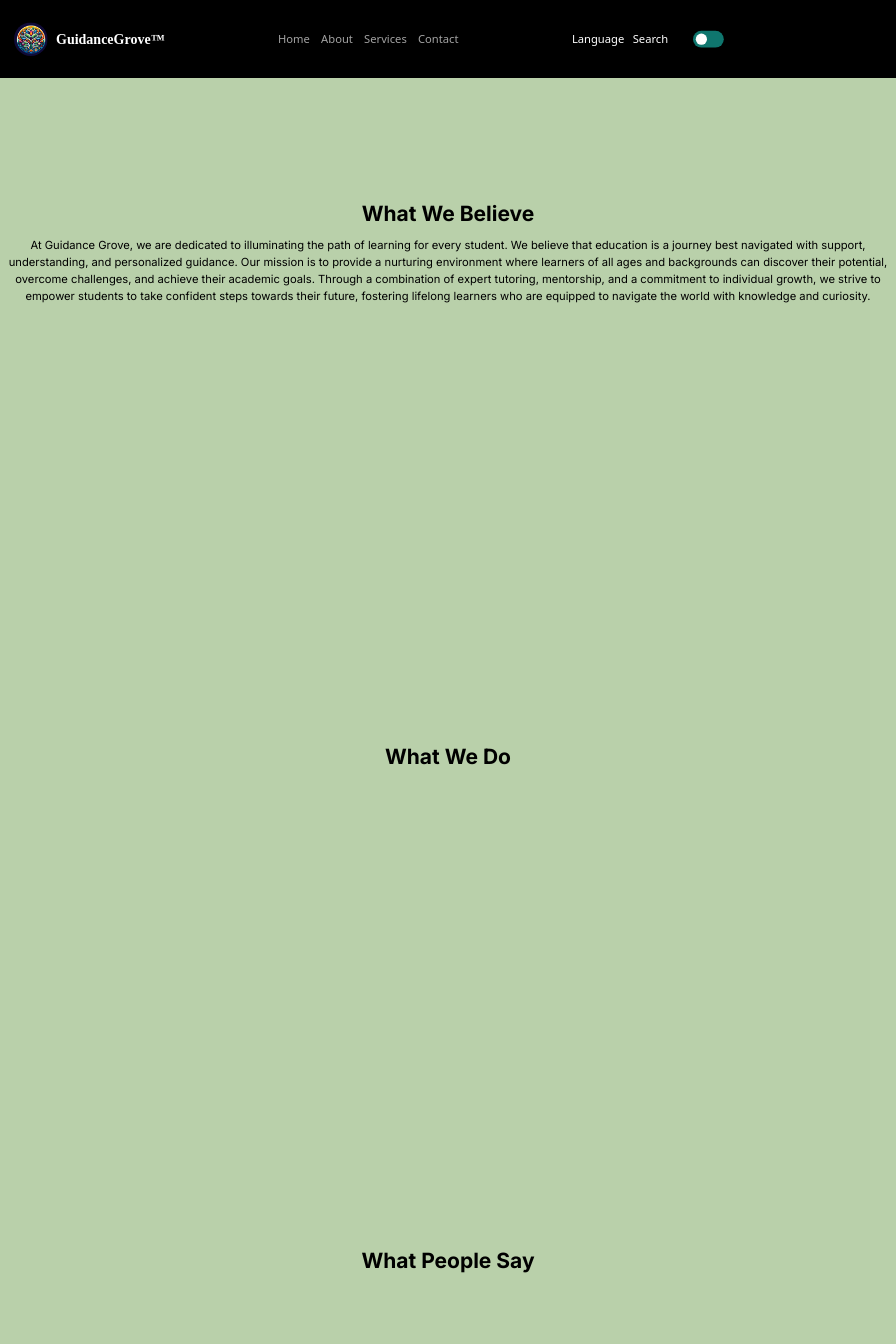
Repository: PositiveGuy/GuidanceGrove
Page: /
An editor plug-in stored every save of this project. The page is shown before and after the next save, followed by the edit.
The browser window is 1280 px wide. The pictures show the part of the page from y = 0 to 1920 px (the page is 3874 px tall), at 70% of full size.
The project was rebuilt for these pictures with package versions that can differ from the ones it lists, and the page was loaded fresh each time. The framework's server and built-in components were replaced by stand-ins that run in the browser. Also part of the build but not shown: next.config.js.

Above is the page before, as saved 2023-12-28 12:17:40.

After the next save:
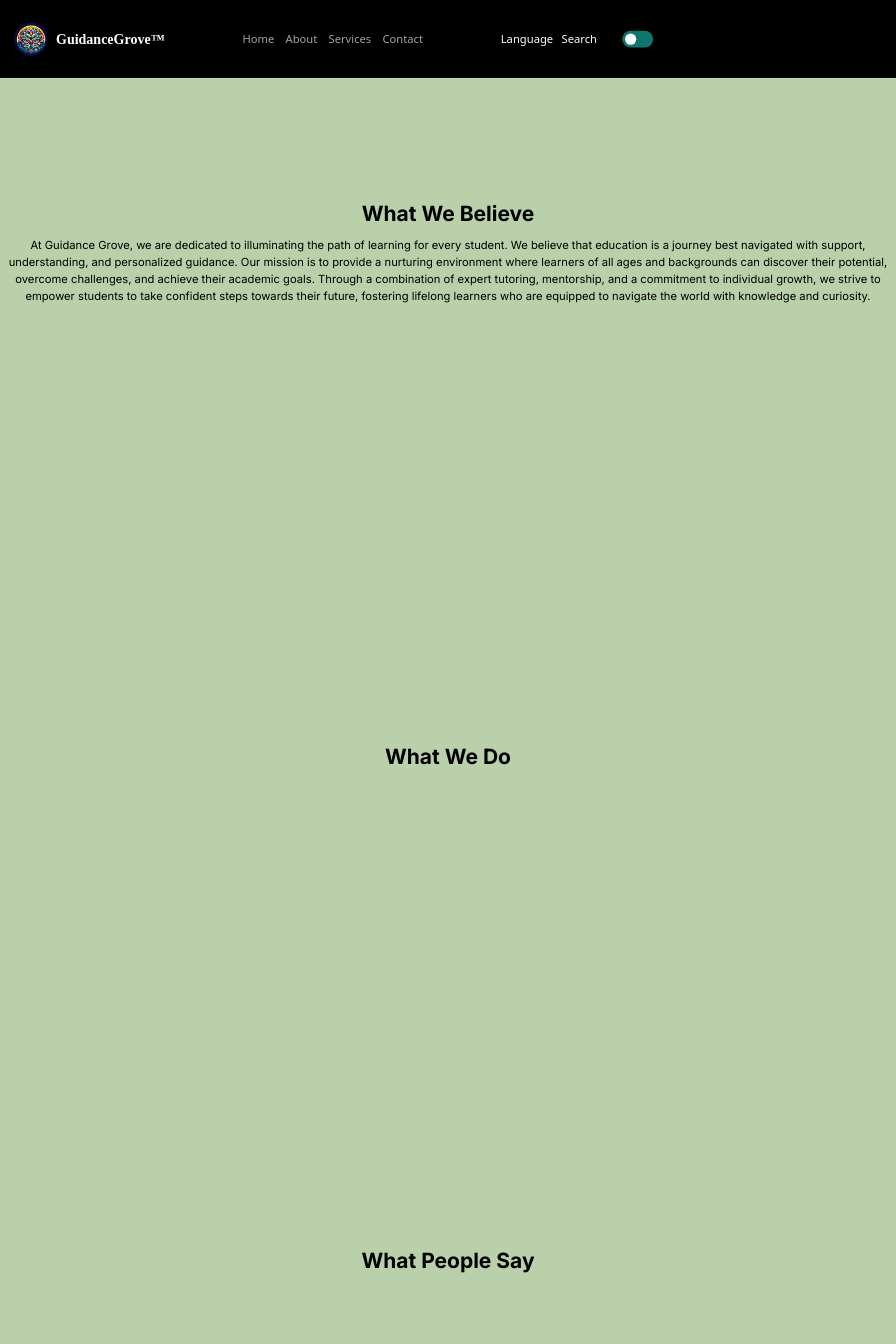
Saved 21 s later.
--- a/src/components/header.tsx
+++ b/src/components/header.tsx
@@ -32,7 +32,7 @@ const Header = () => {
       </div>
 
       {/*Mobile Navbar*/}
-      <div className=" ">
+      <div className="w-48">
         <MobileNavigation />
       </div>
     </nav>
